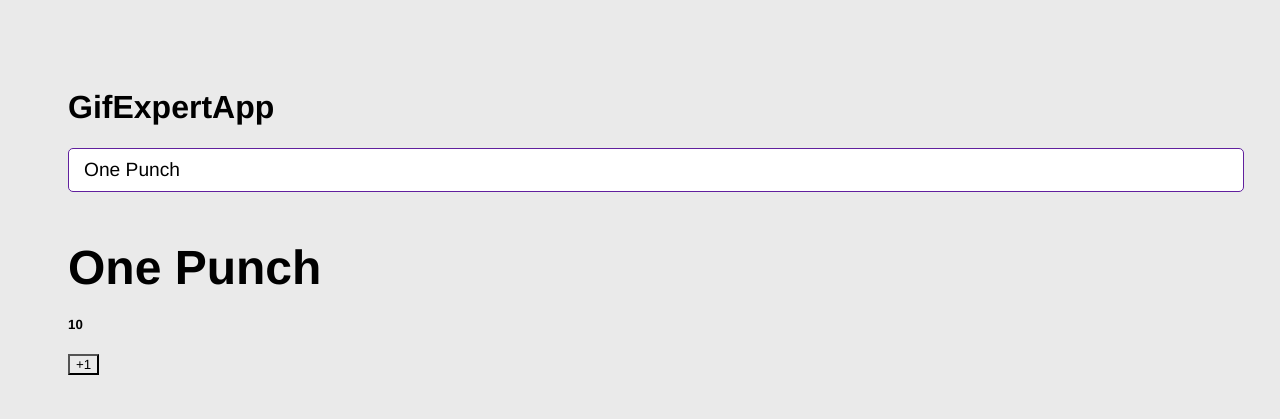
Repository: bryanesteban/gif-expert-app
Page: /
These files come from the project's save history. The page is drawn as it stood at one moment and after the next save; the edit follows.
The browser window is 1280 px wide. The pictures show the whole page.
The page's requests for data from a server got no answer. The project was rebuilt for these pictures with package versions that can differ from the ones it lists, and the page was loaded fresh each time. No one was signed in, and anything a server would have sent is missing. Also part of the build but not shown: vite.config.js.

Above is the page before, as saved 2024-06-14 16:57:17.

After the next save:
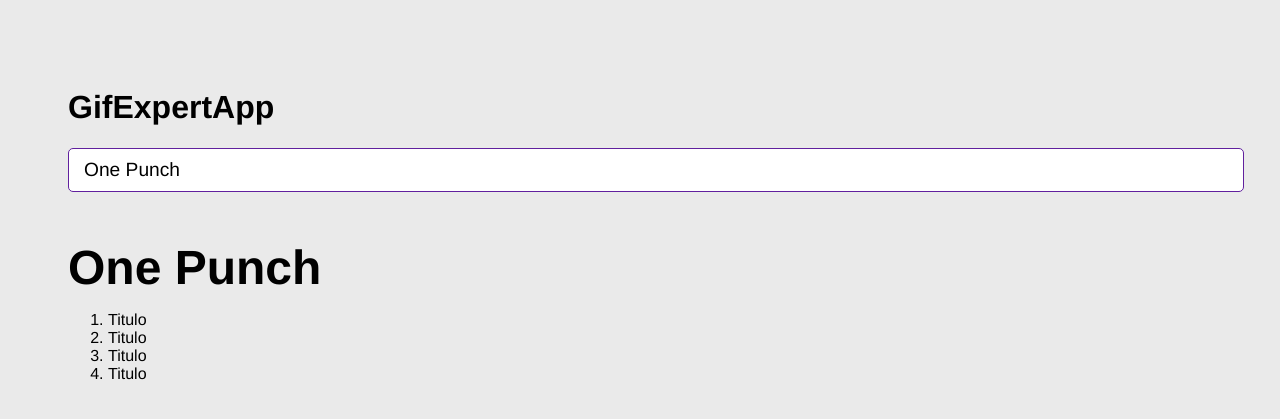
Saved 4 min 43 s later.
--- a/src/components/GifGrid.jsx
+++ b/src/components/GifGrid.jsx
@@ -9,14 +9,19 @@ export const GifGrid = ( { category } ) => {
 
     useEffect( () => {
         getGifs(category);
-    },[]);
+    },[])
 
 
     return (
-       <>
+        <>
             <h3> { category } </h3>
-            <h5> { counter }</h5>
-            <button onClick={ () => setCounter(counter + 1 )}> +1 </button>
-       </>
+
+            <ol>
+                <li>Titulo</li>
+                <li>Titulo</li>
+                <li>Titulo</li>
+                <li>Titulo</li>
+            </ol>
+        </>
     )
 }
